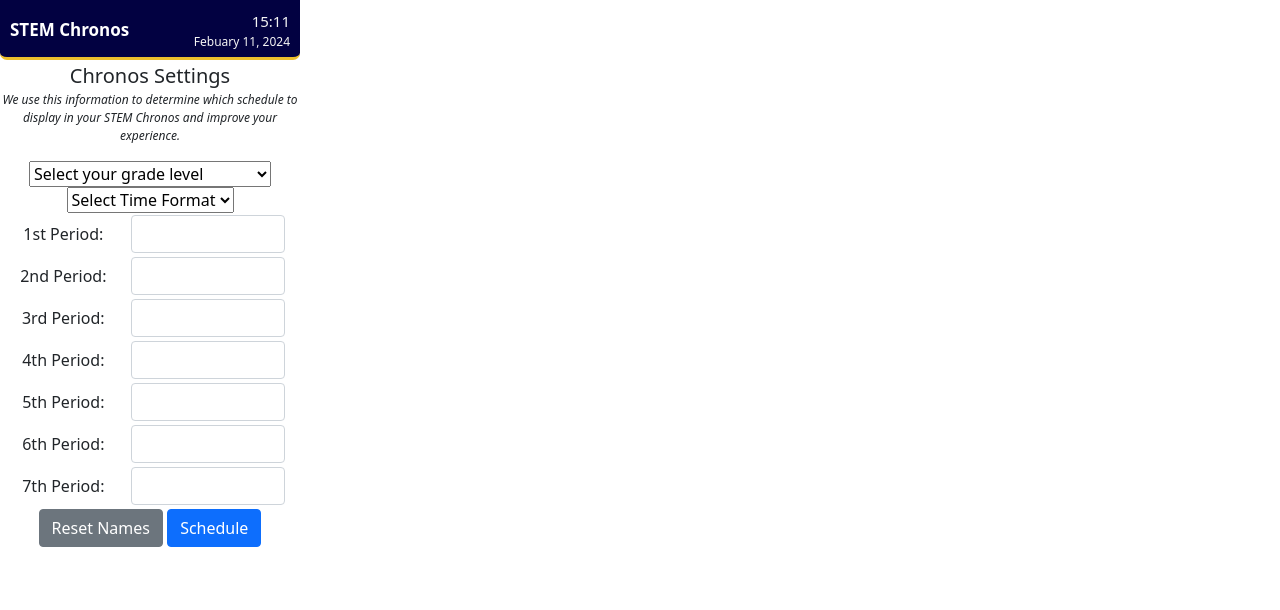
Repository: EvanHughes-dev/StemChronos
Page: StemChronos2.0/Settings/Settings.html
An editor plug-in stored every save of this project. The page is shown before and after the next save, followed by the edit.
The browser window is 1280 px wide. The pictures show the whole page.

Above is the page before, as saved 2024-04-23 15:35:13.
Console error: TypeError: Cannot read properties of null (reading 'addEventListener')

After the next save:
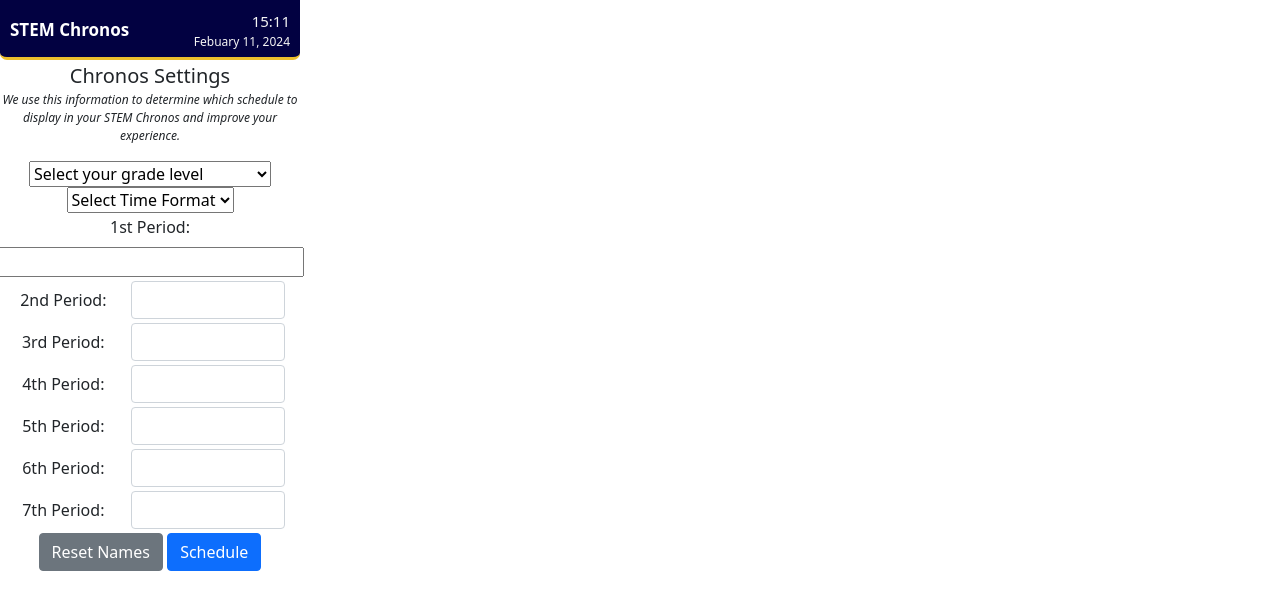
Saved 19 s later.
--- a/StemChronos2.0/Settings/Settings.html
+++ b/StemChronos2.0/Settings/Settings.html
@@ -54,8 +54,8 @@
             <!--Set custom period names-->
             <div class="InputField" id="PeriodNameOBJ">
                 <div class="row g-2 mb-1">
-                    <label class="col-sm-4 col-form-label mx-3" for="First">1st Period:</label>
-                    <input class="col-sm-10 form-control w-50 col-auto" name="First" type="text" id="FirstVal" />
+                    <label  for="First">1st Period:</label>
+                    <input name="First" type="text" id="FirstVal" />
                 </div>
                 <div class="row g-2 mb-1">
                     <label class="col-sm-4 col-form-label mx-3" for="Second">2nd Period:</label>

After the save that followed:
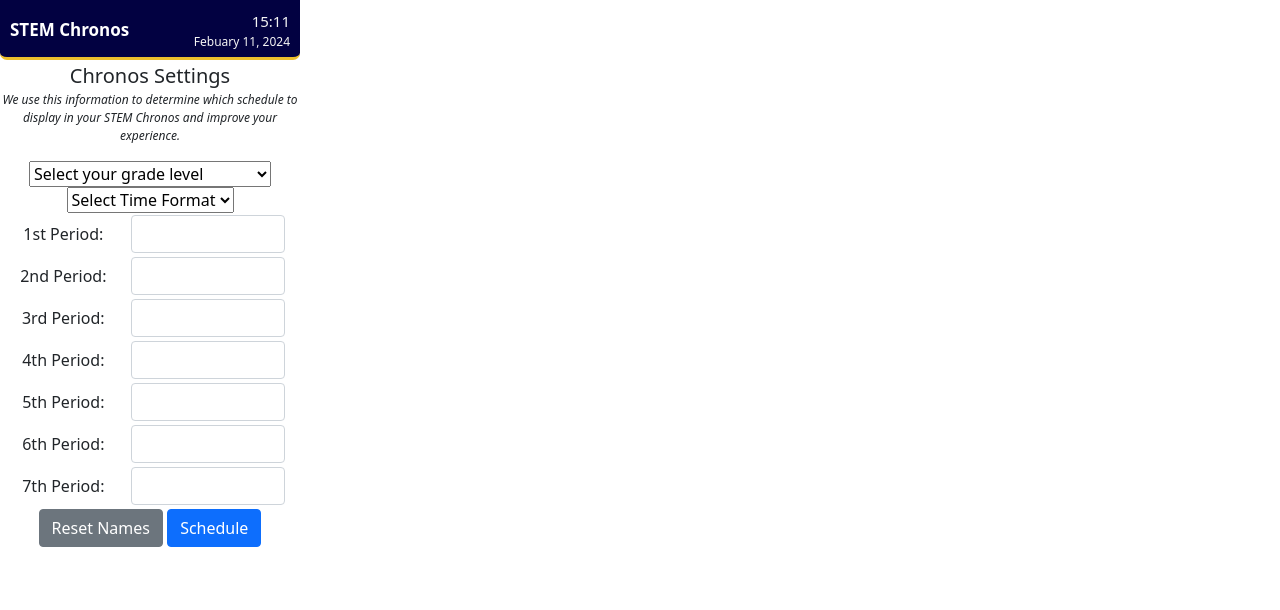
Saved 68 s later.
--- a/StemChronos2.0/Settings/Settings.html
+++ b/StemChronos2.0/Settings/Settings.html
@@ -54,8 +54,8 @@
             <!--Set custom period names-->
             <div class="InputField" id="PeriodNameOBJ">
                 <div class="row g-2 mb-1">
-                    <label  for="First">1st Period:</label>
-                    <input name="First" type="text" id="FirstVal" />
+                    <label class="col-sm-4 col-form-label mx-3" for="First">1st Period:</label>
+                    <input class="col-sm-10 form-control w-50 col-auto" name="First" type="text" id="FirstVal" />
                 </div>
                 <div class="row g-2 mb-1">
                     <label class="col-sm-4 col-form-label mx-3" for="Second">2nd Period:</label>
